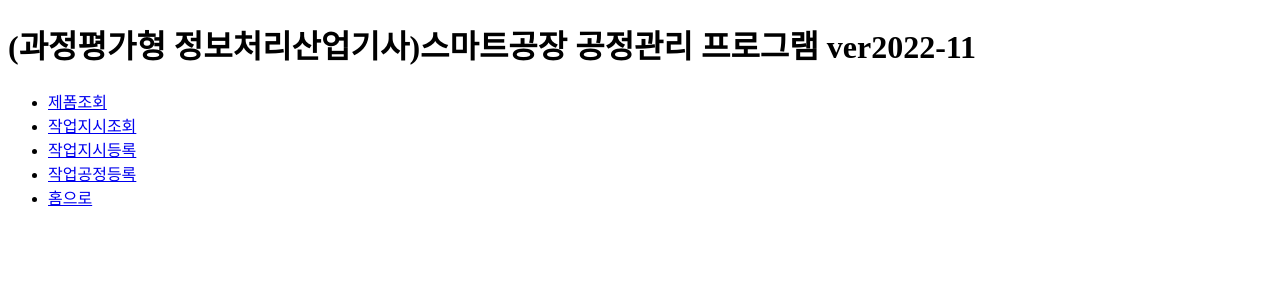
Repository: anakyn01/exam
Page: http://localhost/smart_5/
The author's editor kept a copy of each file at every save. The page is drawn from the files as they stood at one save, then again after the next save.
The browser window is 1280 px wide. The pictures show the whole page.
The page is served by Tomcat 9.

Above is the page before, as saved 2025-01-06 06:57:24.

After the next save:
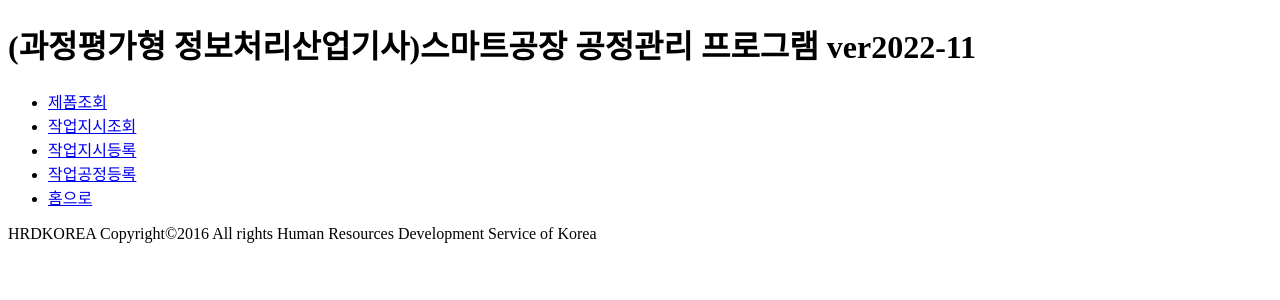
Saved 99 s later.
--- a/smart_5/src/main/webapp/include/footer.jsp
+++ b/smart_5/src/main/webapp/include/footer.jsp
@@ -1,5 +1,7 @@
 <%@ page language="java" contentType="text/html; charset=UTF-8"
     pageEncoding="UTF-8"%>
-
+<footer>
+<p>HRDKOREA Copyright&copy;2016 All rights Human Resources Development Service of Korea</p>
+</footer>
 </body>
 </html>
